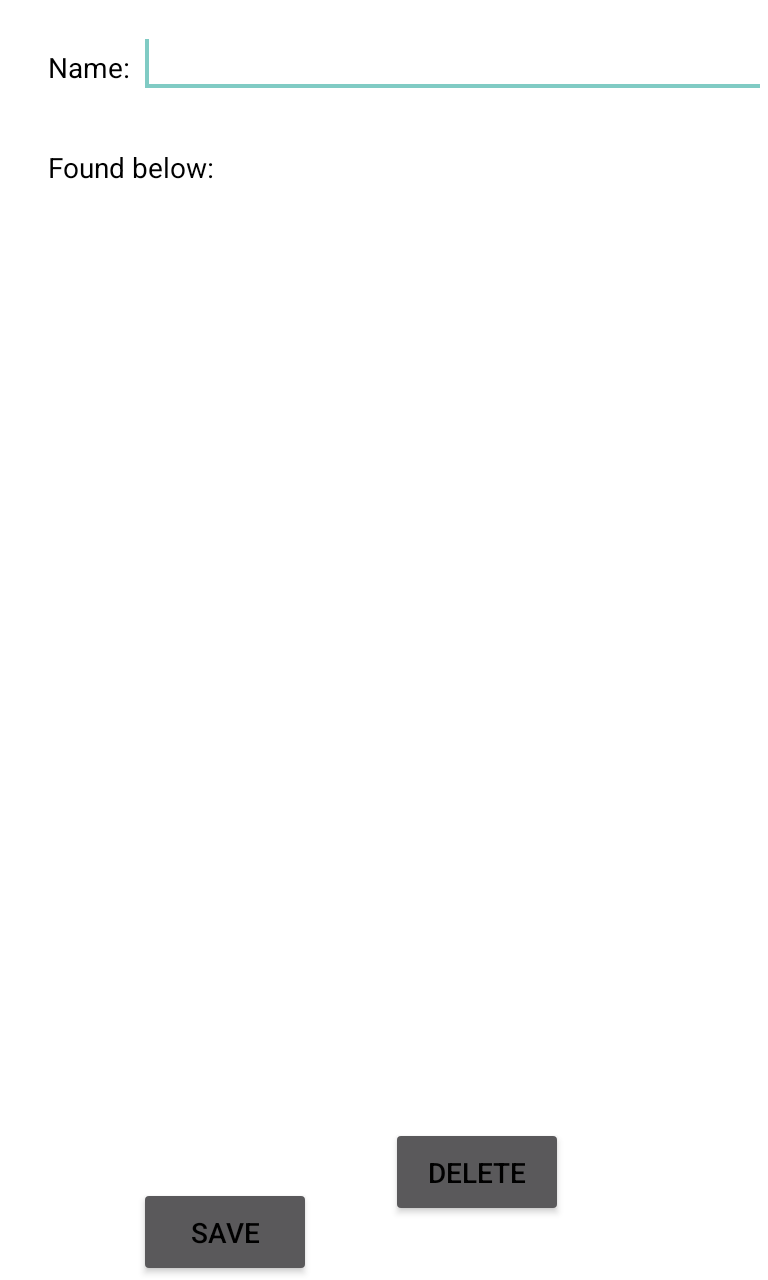
Repository: qfornaguera/AppQuelogy
Layout: AppQueology/res/layout/activity_artifact.xml
These files come from the project's save history. The layout is drawn as it stood at one moment and after the next save; the edit follows.
It is drawn on a 768 x 1280 px phone screen (xhdpi) without system bars, with theme Theme.AppCompat; the app's code is not run.

Above is the layout before, as saved 2014-04-18 18:34:11.

After the next save:
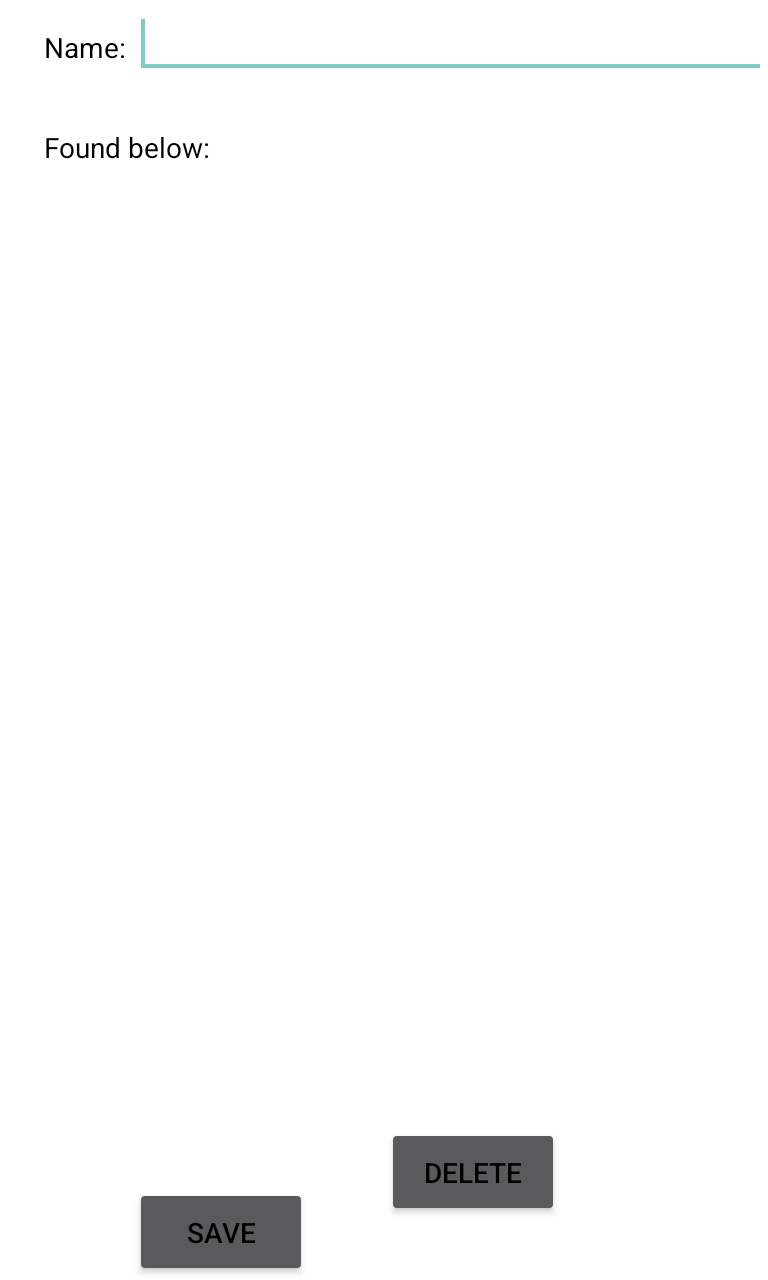
Saved 7 s later.
--- a/AppQueology/res/layout/activity_artifact.xml
+++ b/AppQueology/res/layout/activity_artifact.xml
@@ -6,17 +6,6 @@
     android:background="#ffffff"
     tools:context="com.example.appqueology.ArtifactActivity"
     tools:ignore="MergeRootFrame" >
-
-    <TextView
-        android:id="@+id/textView1"
-        android:layout_width="wrap_content"
-        android:layout_height="wrap_content"
-        android:layout_alignParentLeft="true"
-        android:layout_alignParentTop="true"
-        android:layout_marginLeft="24dp"
-        android:layout_marginTop="24dp"
-        android:textColor="#000000"
-        android:text="Name: " />
 
     <Button
         android:id="@+id/save"
@@ -72,4 +61,15 @@
         <requestFocus />
     </EditText>
 
+    <TextView
+        android:id="@+id/textView1"
+        android:layout_width="wrap_content"
+        android:layout_height="wrap_content"
+        android:layout_alignParentLeft="true"
+        android:layout_alignParentTop="true"
+        android:layout_marginLeft="22dp"
+        android:layout_marginTop="14dp"
+        android:text="Name: "
+        android:textColor="#000000" />
+
 </RelativeLayout>
